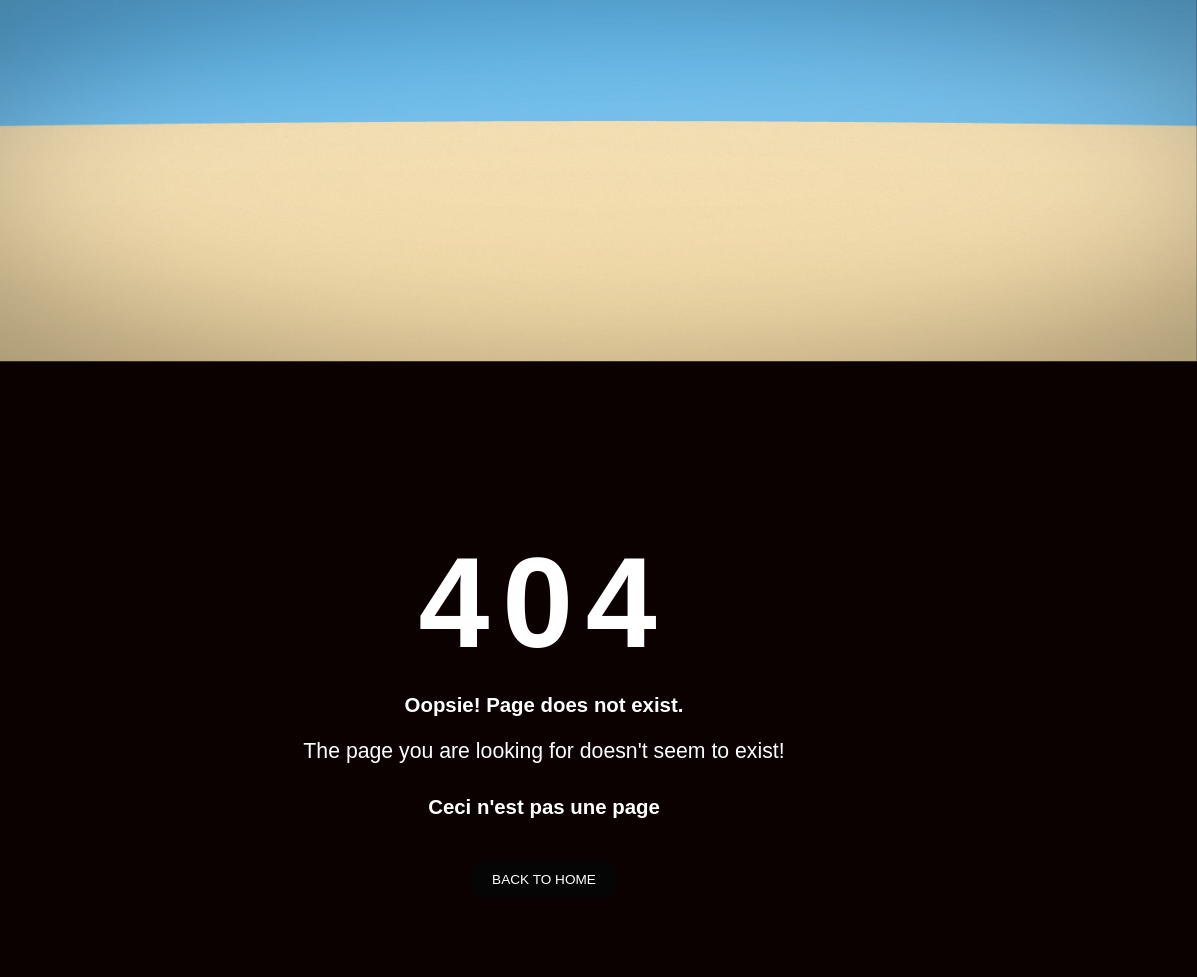
Repository: Nyiriek/alu-system_engineering-devops
Page: web_server/5-design_a_beautiful_404_page.html
These files come from the project's save history. The page is drawn as it stood at one moment and after the next save; the edit follows.
The browser window is 1280 px wide. The page is 1408 px wide, so the pictures cover 1408 px, including what lies to the right of the window. The pictures show the whole page, at 85% of full size.

Above is the page before, as saved 2023-08-05 13:24:28.

After the next save:
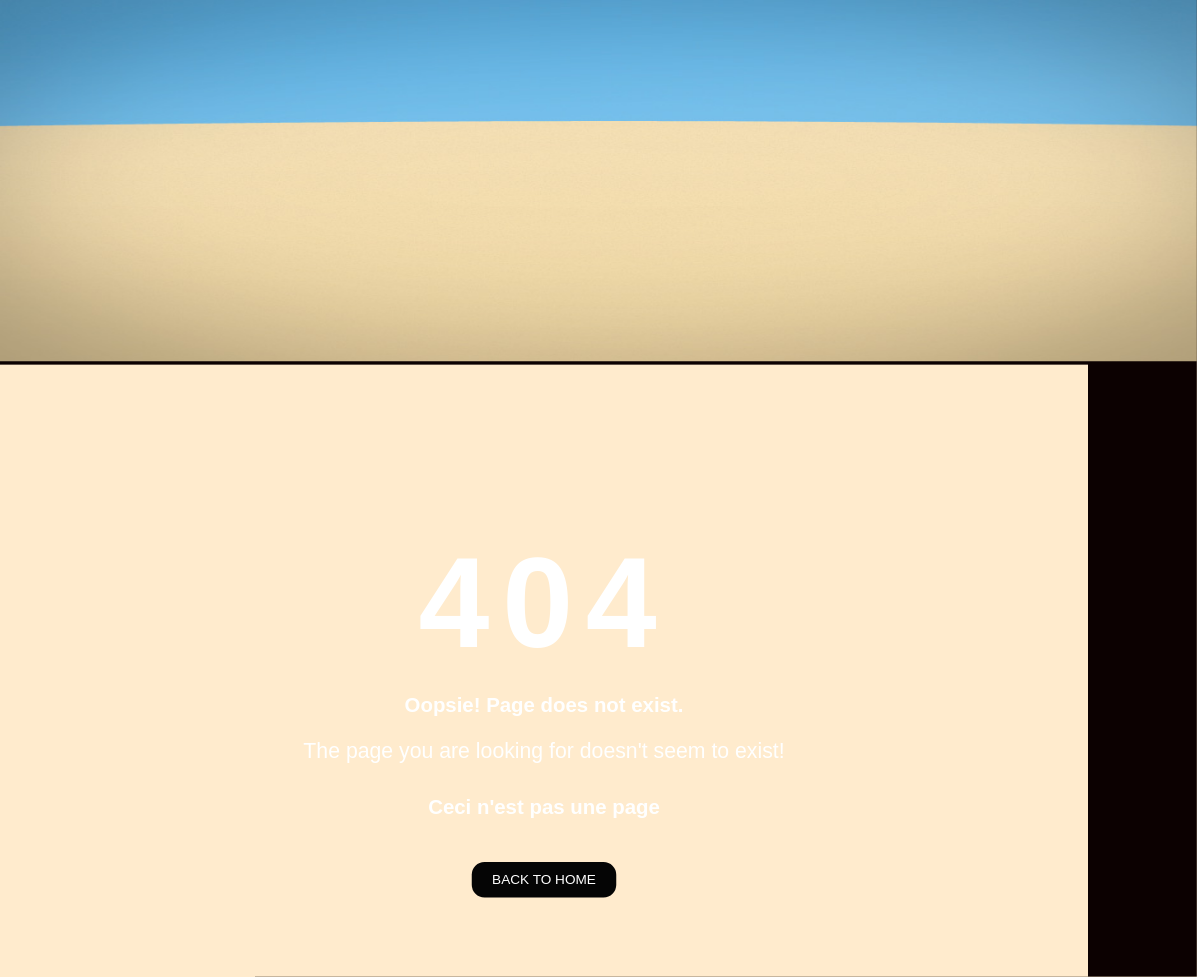
Saved 4 min 1 s later.
--- a/web_server/styles.css
+++ b/web_server/styles.css
@@ -11,7 +11,7 @@ body {
     justify-content: center;
     align-items: center;
     height: 100vh;
-    background-color: none;
+    background-color: blanchedalmond;
     background-position: center;
 }
 
